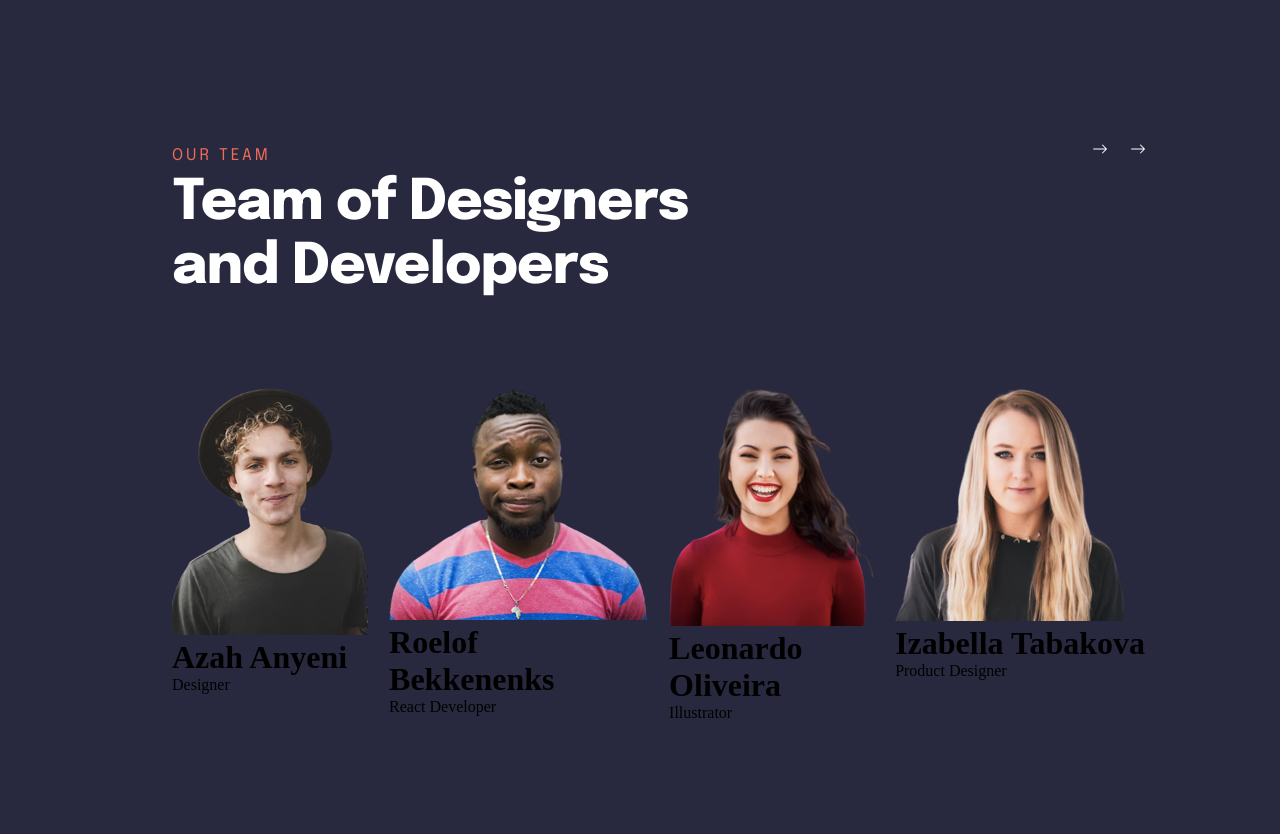
Repository: AytacJafarova/web-site
Page: index.html
An editor plug-in stored every save of this project. The page is shown before and after a run of saves, followed by the edit.
The browser window is 1280 px wide. The pictures show the whole page.

Above is the page before, as saved 2023-08-15 14:45:13.

### index.html
<!DOCTYPE html>
<html lang="en">

<head>
    <meta charset="UTF-8">
    <meta name="viewport" content="width=device-width, initial-scale=1.0">
    <title>Document</title>
    <link rel="stylesheet" href="/index.css">
</head>

<body>
    <div class="container">
        <div class="our-team">
            <div class="team-texts">
                <h1>Our Team</h1>
                <h2>Team of Designers <br>and Developers</h2>
            </div>
            <div class="team-images">
                <div class="right">
                    <img src="/team images/Path.svg" alt="">
                    <img src="/team images/Path (1).svg" alt="">
                </div>
            </div>
        </div>
        <div class="developers">
            <ul>
                <li>
                    <div class="img1">
                        <div class="border">
                            <img src="./team images/Bitmap.svg" alt="">
                        </div>
                    </div>
                    <div class="texts">
                        <h1>Azah Anyeni </h1>
                        <p>Designer</p>
                    </div>
                </li>
                <li>

                        <div class="border">
                            <img src="./team images/Bitmap (1).svg" alt="">
                        </div>
                        <div class="texts">
                            <h1>Roelof Bekkenenks</h1>
                            <p>React Developer</p>

                </li>
                <li>

                        <div class="border">
                            <img src="./team images/Bitmap (2).svg" alt="">
                        </div>

                    <div class="texts">
                        <h1>Leonardo Oliveira </h1>
                        <p>Illustrator</p>
                    </div>
                </li>
                <li>

                        <div class="border">
                            <img src="./team images/Bitmap (3).svg" alt="">
                        </div>

                    <div class="texts">
                        <h1>Izabella Tabakova</h1>
                        <p>Product Designer</p>
                    </div>
                </li>
            </ul>
        </div>
    </div>
</body>

</html>

### index.css
@import url("https://fonts.googleapis.com/css2?family=Epilogue:wght@400;800&display=swap");
* {
  margin: 0;
  padding: 0;
  box-sizing: border-box;
}
.container {
  padding: 140px 135px 140px 172px;
  background: #28293e;
}
.our-team {
  display: flex;
  justify-content: space-between;
}
.our-team .team-texts h1 {
  color: var(--text-light-accent, #ef6d58);
  font-feature-settings: "clig" off, "liga" off;
  font-family: Epilogue;
  font-size: 16px;
  font-style: normal;
  font-weight: 400;
  line-height: 32px;
  letter-spacing: 3px;
  text-transform: uppercase;
}
.our-team .team-texts h2 {
  color: var(--text-light, #fff);
  font-feature-settings: "clig" off, "liga" off;
  font-family: Epilogue;
  font-size: 56px;
  font-style: normal;
  font-weight: 800;
  line-height: 64px;
  letter-spacing: -1px;
}
.team-images .right img {
  margin-left: 20px;
}
.developers {
  margin-top: 88px;
}
.developers ul {
  display: flex;
  justify-content: space-between;
}
.developers ul li {
  list-style-type: none;
}
.developers ul li:first-child img {
  width: 196px;
  height: 247px;
}

.developers ul li:nth-child(2) {
  width: 259px;
  height: 232px;

}
.developers ul li .img2 .border {
  /* padding: 40px 40px 0 40px; */
  width: 270px;
  height: 272px;
  border-radius: 6px;
  border: 1px solid #3a3c56;
}
.developers ul li:nth-child(3) {
  width: 205px;
  height: 238px;

}

.developers ul li .img4 img {
  width: 230px;
  height: 233px;
  flex-shrink: 0;
}

After the next 2 saves:
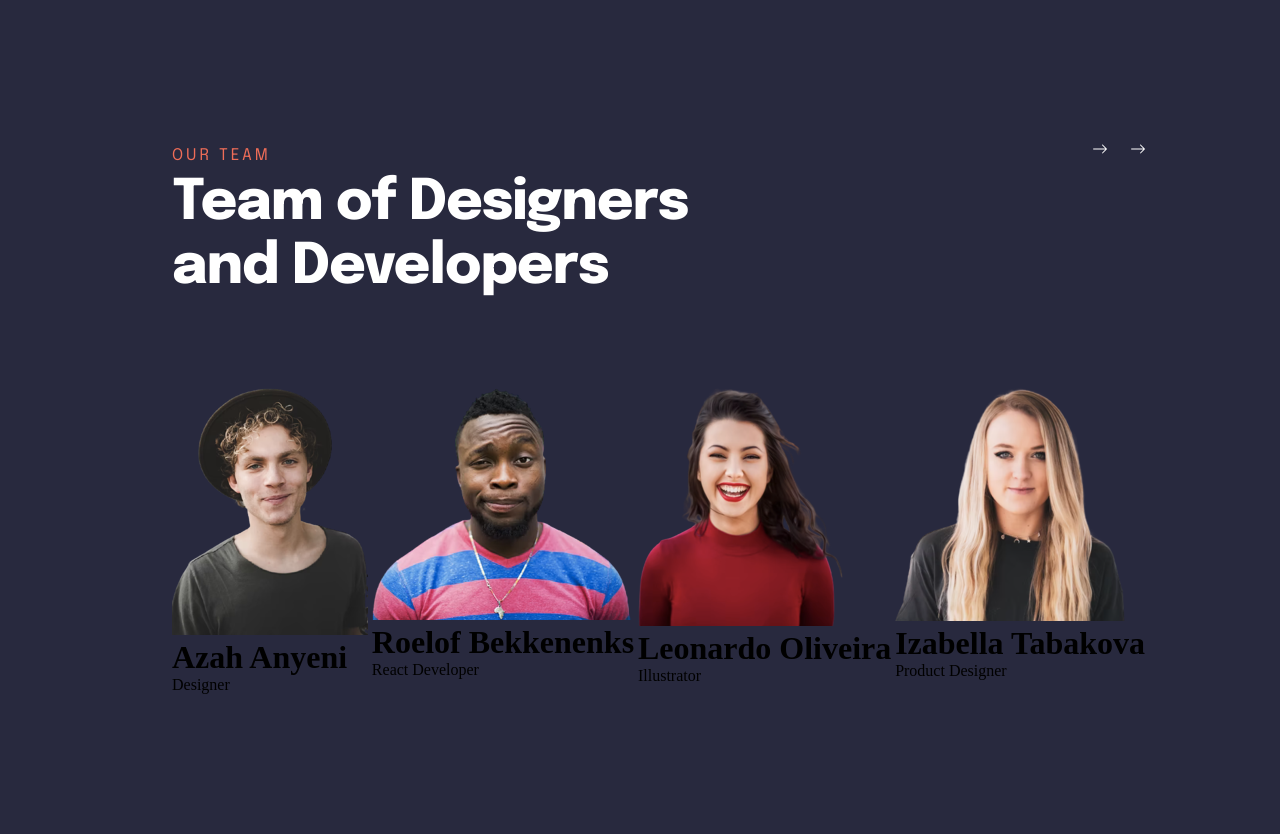
The 2 saves are shown as one change because they came seconds apart.
The last was saved 8 s later.
--- a/index.css
+++ b/index.css
@@ -51,7 +51,7 @@
   height: 247px;
 }
 
-.developers ul li:nth-child(2) {
+.developers ul li:nth-child(2) img{
   width: 259px;
   height: 232px;
 
@@ -63,7 +63,7 @@
   border-radius: 6px;
   border: 1px solid #3a3c56;
 }
-.developers ul li:nth-child(3) {
+.developers ul li:nth-child(3) img {
   width: 205px;
   height: 238px;
 
